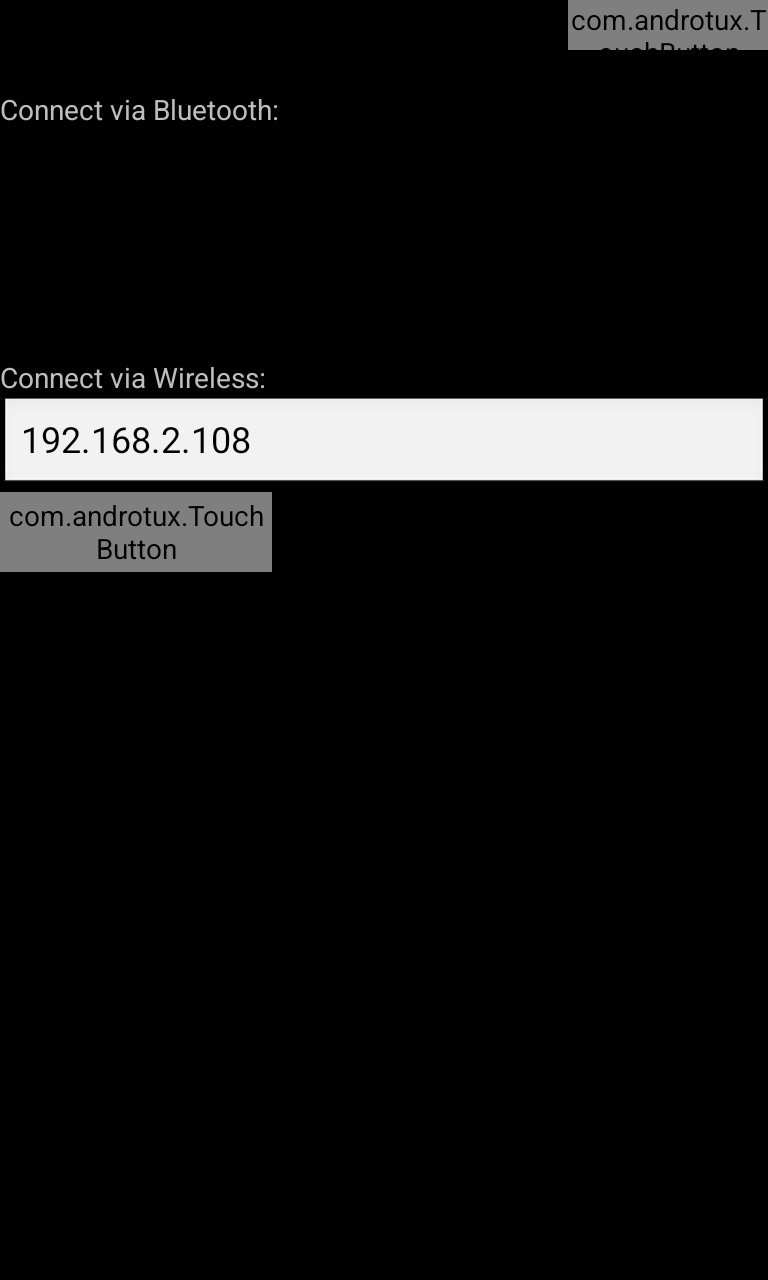
Repository: itayrom/androtux
Layout: app/AndroTux/res/layout/fragment_settings.xml
These files come from the project's save history. The layout is drawn as it stood at one moment and after the next save; the edit follows.
Pictures or frames that could not be fetched are drawn as grey boxes. It is drawn on a 768 x 1280 px phone screen (xhdpi) without system bars, with theme android:Theme.NoTitleBar.Fullscreen; the app's code is not run. Lists and similar views that code fills are empty.

Above is the layout before, as saved 2014-09-09 12:38:13.

### app/AndroTux/res/layout/fragment_settings.xml
<!--
  Android Remote for Tux (AndroTux)
  Copyright (C) 2014 Itay Rom <1t4yr0m@gmail.com> Tal Sabo <tal.sabo@gmail.com>

  This program is free software: you can redistribute it and/or modify
  it under the terms of the GNU General Public License as published by
  the Free Software Foundation, either version 3 of the License, or
  (at your option) any later version.

  This program is distributed in the hope that it will be useful,
  but WITHOUT ANY WARRANTY; without even the implied warranty of
  MERCHANTABILITY or FITNESS FOR A PARTICULAR PURPOSE.  See the
  GNU General Public License for more details.

  You should have received a copy of the GNU General Public License
  along with this program.  If not, see <http://www.gnu.org/licenses/>.
-->
<LinearLayout xmlns:android="http://schemas.android.com/apk/res/android"
    xmlns:app="http://schemas.android.com/apk/res/com.androtux"
    android:layout_width="fill_parent"
    android:layout_height="fill_parent"
    android:orientation="vertical">

    <LinearLayout
        android:orientation="horizontal"
        android:layout_width="match_parent"
        android:layout_height="45dp"
        android:gravity="right">

        <com.androtux.TouchButton
	        android:id="@+id/btnDisconnect"
	        android:layout_width="100dp"
	        android:layout_height="25dp"
	        app:enabled="true"
	        android:text="Disconnect" />

    </LinearLayout>

    <TextView
        android:layout_width="fill_parent"
        android:layout_height="wrap_content"
        android:text="Connect via Bluetooth:"/>

    <ListView
        android:id="@+id/lvPaired"
        android:layout_width="match_parent"
        android:layout_height="100dp">
    </ListView>

    <TextView
        android:layout_width="fill_parent"
        android:layout_height="wrap_content"
        android:layout_marginTop="15dp"
        android:text="Connect via Wireless:" />

    <EditText
        android:id="@+id/txtWirelessIp"
        android:layout_width="match_parent"
        android:layout_height="wrap_content"
        android:text="192.168.2.108"
        android:ems="10">
	</EditText>

    <com.androtux.TouchButton
        android:id="@+id/btnConnectWireless"
        android:layout_width="136dp"
        android:layout_height="40dp"
        app:enabled="true"
        android:text="Connect" />

</LinearLayout>

After the next save:
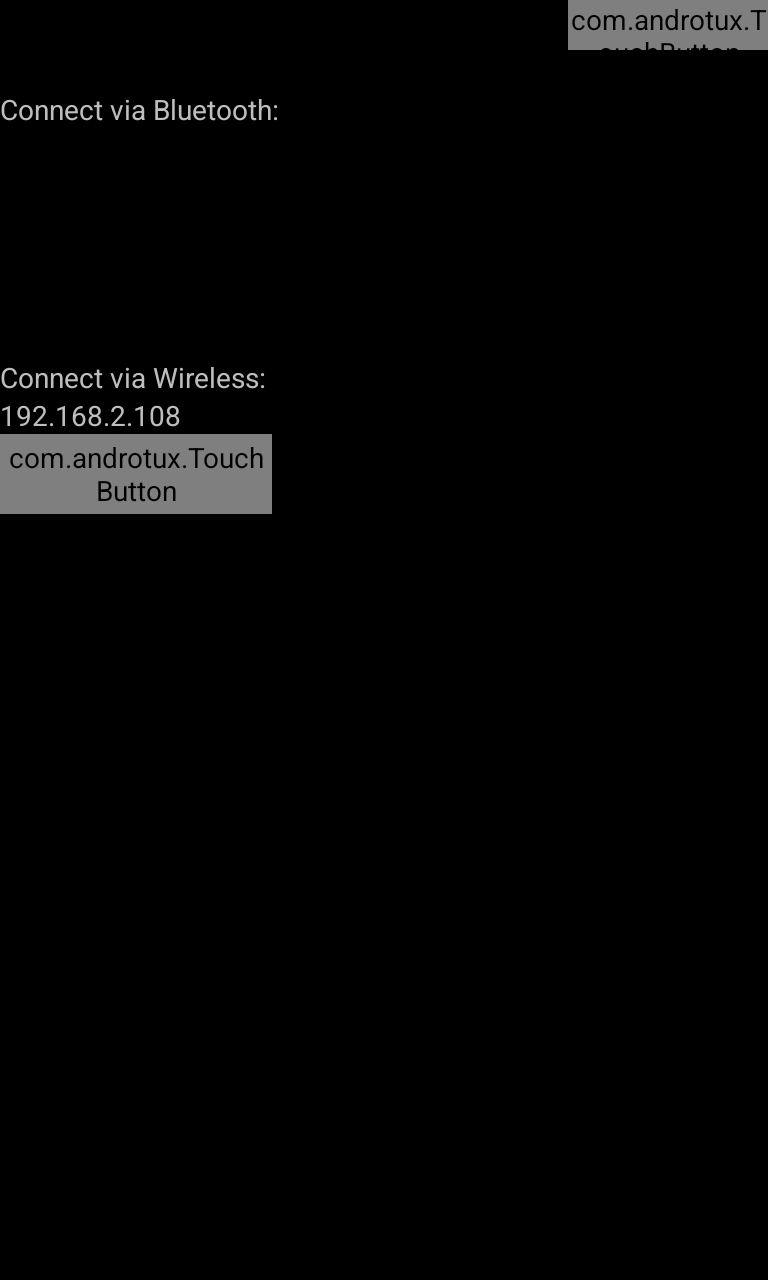
Saved 115 s later.
--- a/app/AndroTux/res/layout/fragment_settings.xml
+++ b/app/AndroTux/res/layout/fragment_settings.xml
@@ -53,13 +53,13 @@
         android:layout_marginTop="15dp"
         android:text="Connect via Wireless:" />
 
-    <EditText
+    <TextView
         android:id="@+id/txtWirelessIp"
         android:layout_width="match_parent"
         android:layout_height="wrap_content"
         android:text="192.168.2.108"
         android:ems="10">
-	</EditText>
+	</TextView>
 
     <com.androtux.TouchButton
         android:id="@+id/btnConnectWireless"

After the save that followed:
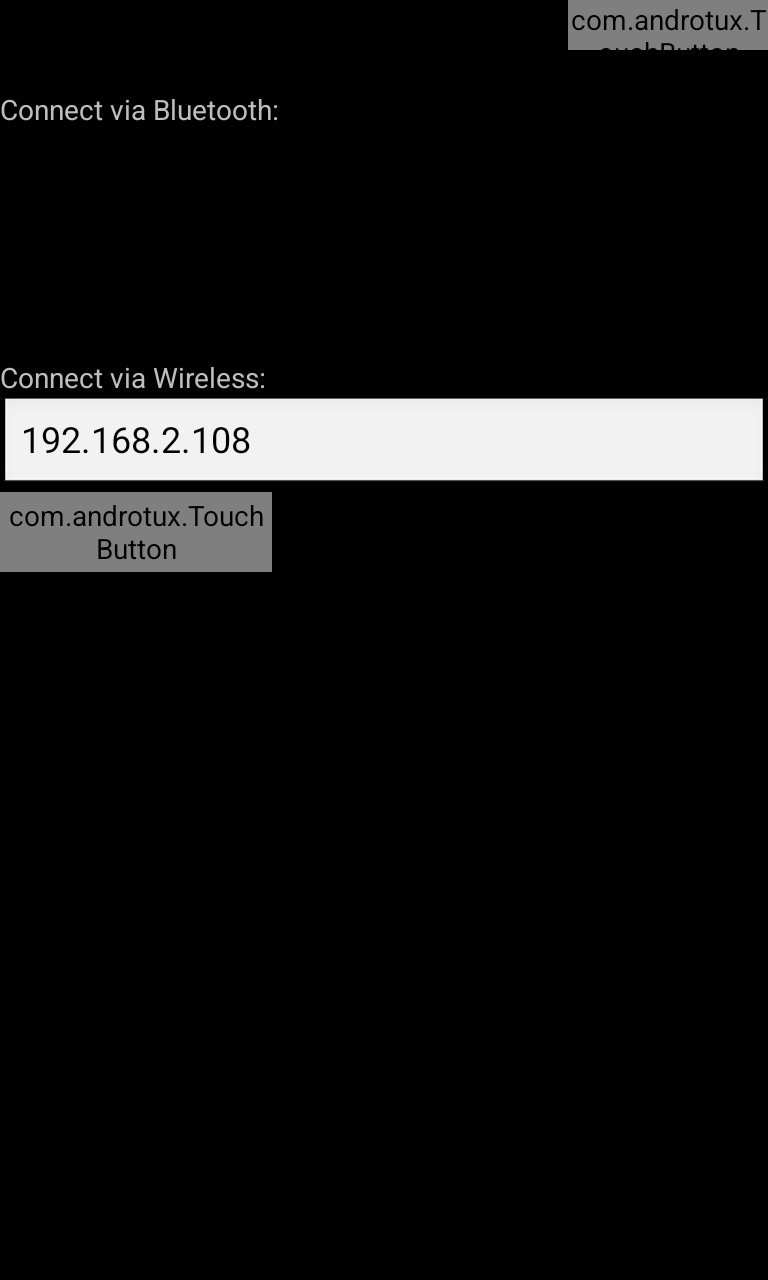
Saved 10 s later.
--- a/app/AndroTux/res/layout/fragment_settings.xml
+++ b/app/AndroTux/res/layout/fragment_settings.xml
@@ -53,13 +53,13 @@
         android:layout_marginTop="15dp"
         android:text="Connect via Wireless:" />
 
-    <TextView
+    <EditText
         android:id="@+id/txtWirelessIp"
         android:layout_width="match_parent"
         android:layout_height="wrap_content"
         android:text="192.168.2.108"
         android:ems="10">
-	</TextView>
+	</EditText>
 
     <com.androtux.TouchButton
         android:id="@+id/btnConnectWireless"
